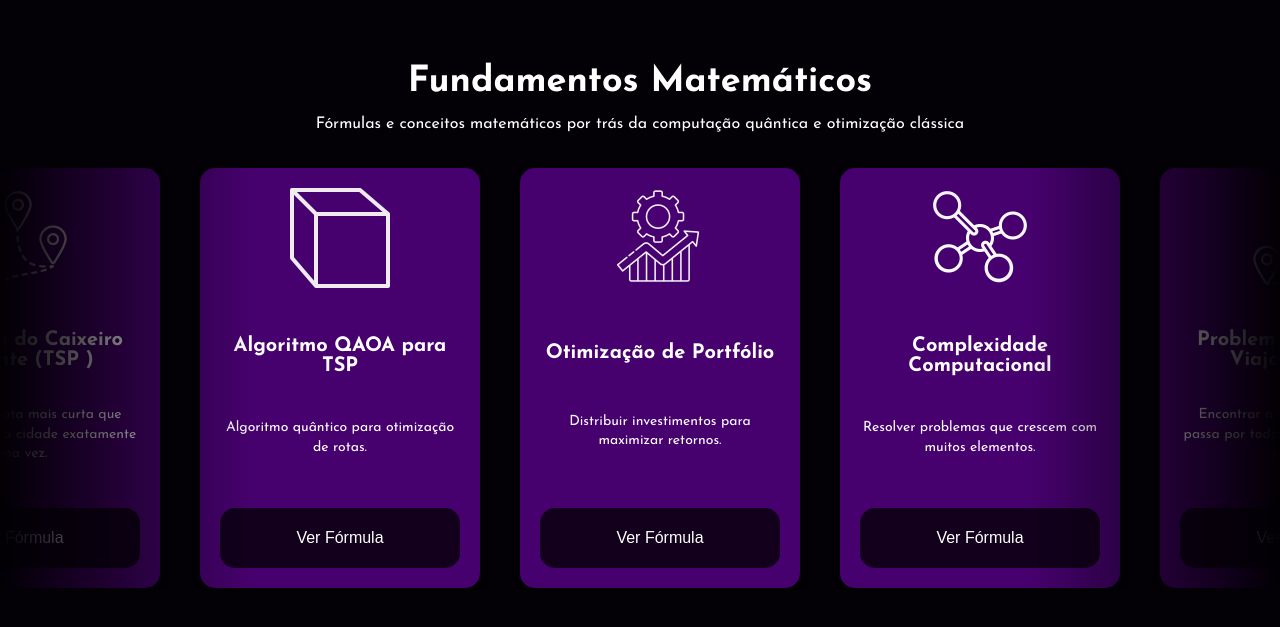
Repository: Everson9/Projeto-de-escalabilidade-quantica-definitivo
Page: fundamentos.html
The author's editor kept a copy of each file at every save. The page is drawn from the files as they stood at one save, then again after a run of saves.
The browser window is 1280 px wide. The pictures show the whole page.

Above is the page before, as saved 2025-10-01 11:53:04.

After the next 2 saves:
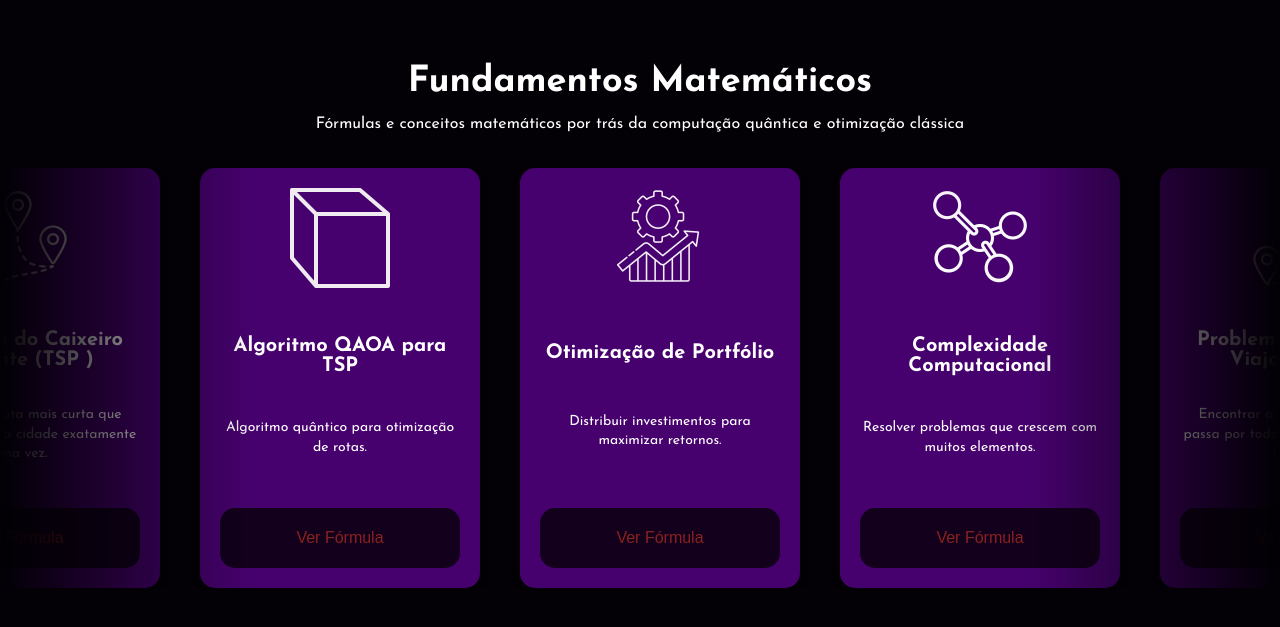
The 2 saves are shown as one change because they came seconds apart.
The last was saved 8 s later.
--- a/fundamentos.css
+++ b/fundamentos.css
@@ -81,7 +81,7 @@
 
 .button a {
     text-decoration: none;
-    color: #ffff; /* Para garantir que a cor do link herde a cor do botão */
+    color: #8b2020; /* Para garantir que a cor do link herde a cor do botão */
 }
 
 /* --- Novas Classes para o Carrossel --- */

After the save that followed:
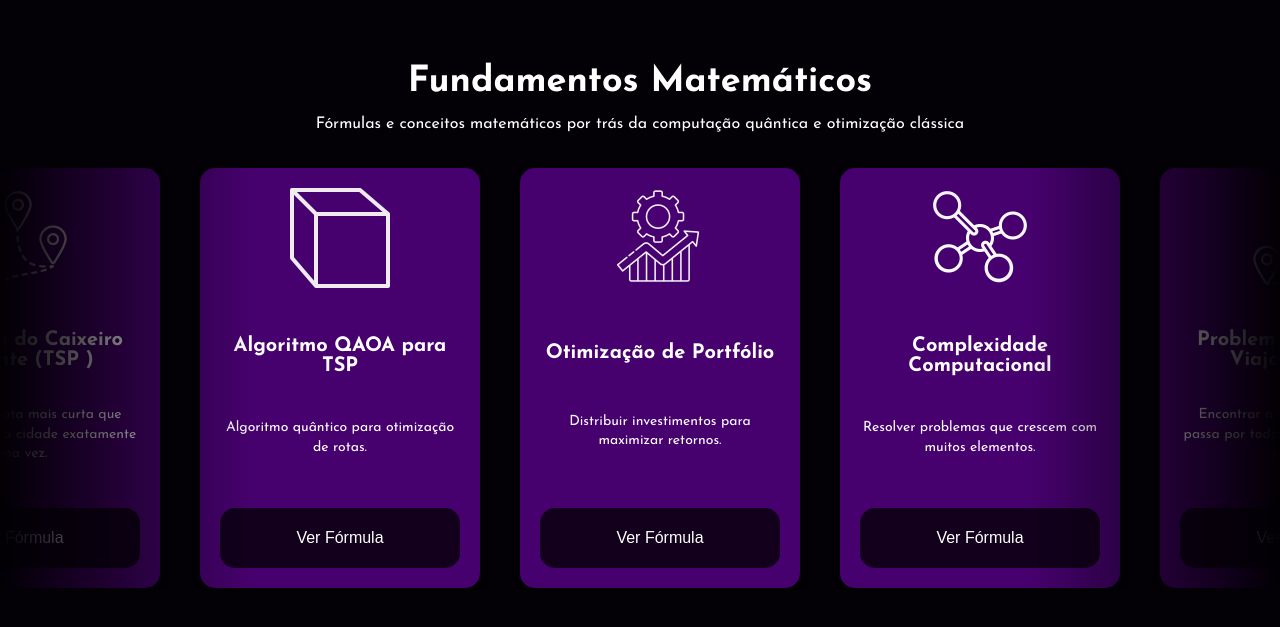
Saved 7 s later.
--- a/fundamentos.css
+++ b/fundamentos.css
@@ -81,7 +81,7 @@
 
 .button a {
     text-decoration: none;
-    color: #8b2020; /* Para garantir que a cor do link herde a cor do botão */
+    color: inherit; /* Para garantir que a cor do link herde a cor do botão */
 }
 
 /* --- Novas Classes para o Carrossel --- */
